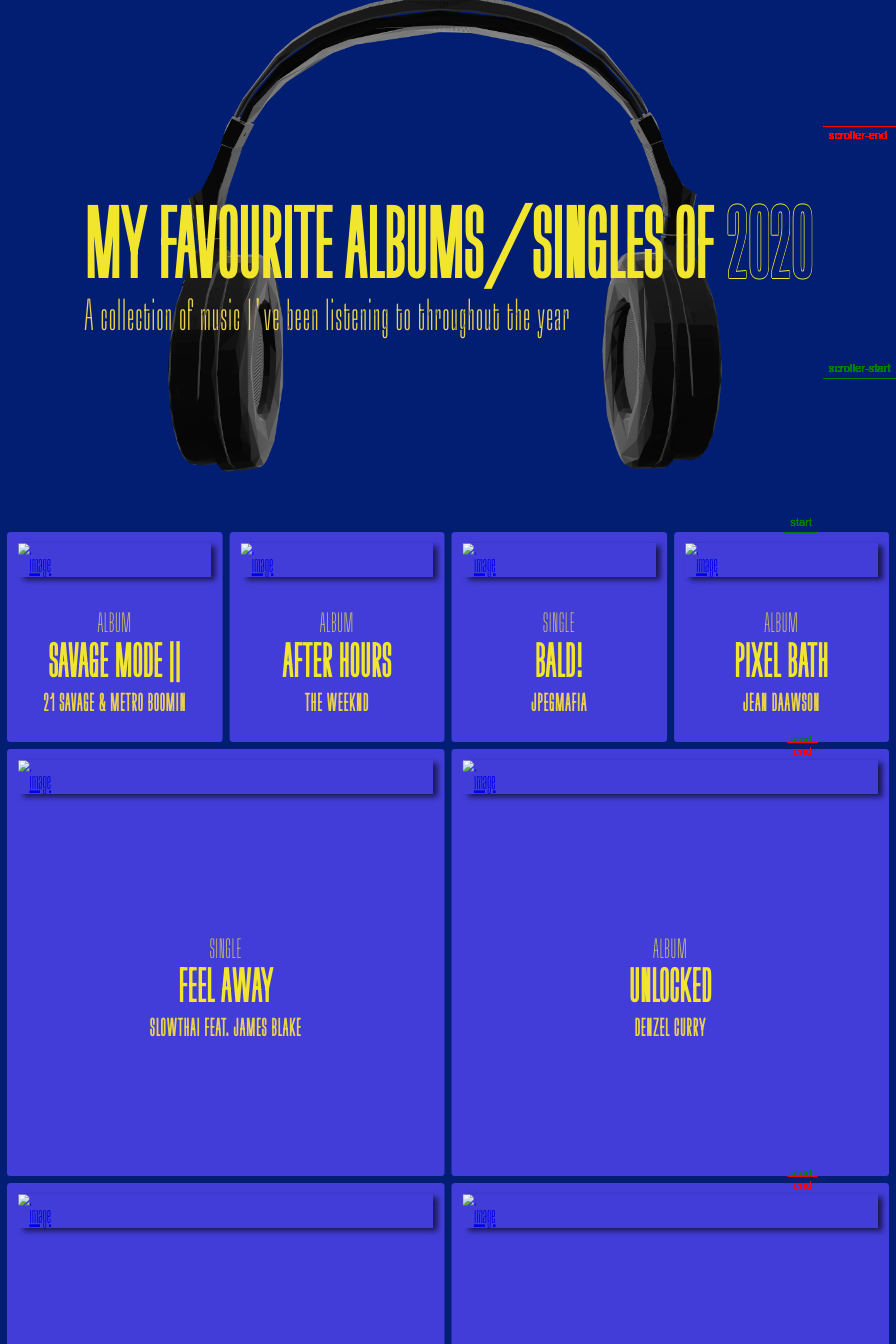
Repository: Spreceriany/musicly2020
Page: /
The author's editor kept a copy of each file at every save. The page is drawn from the files as they stood at one save, then again after the next save.
The browser window is 1280 px wide. The pictures show the part of the page from y = 0 to 1920 px (the page is 6056 px tall), at 70% of full size.
Backgrounds fixed to the window are drawn as part of the page. Some web libraries are served in a nearby version. The project was rebuilt for these pictures with package versions that can differ from the ones it lists, and the page was loaded fresh each time.

Above is the page before, as saved 2021-01-18 15:41:12.
Console error: ReferenceError: Blazy is not defined

After the next save:
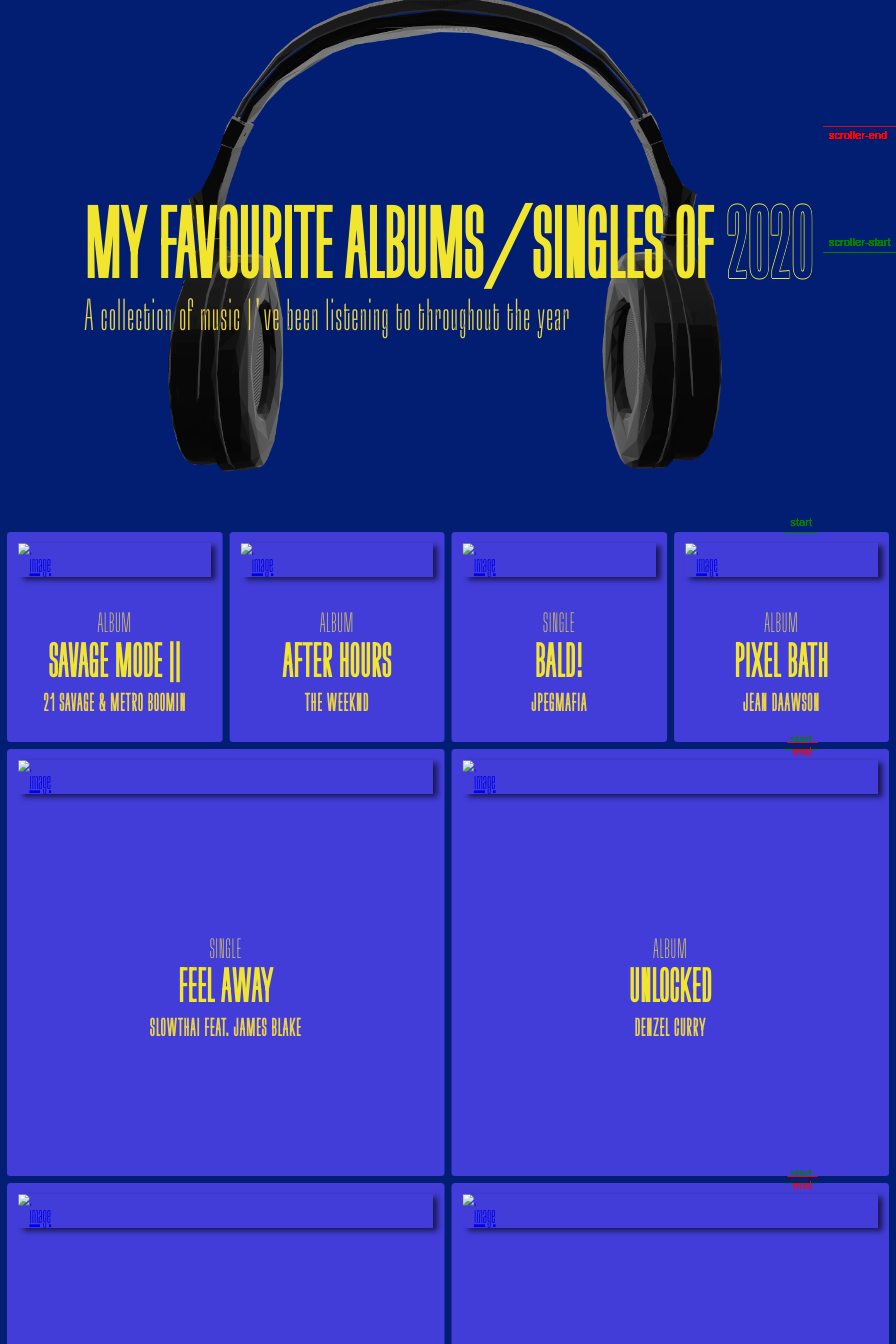
Saved 2 min 44 s later.
--- a/js/main.js
+++ b/js/main.js
@@ -2,7 +2,7 @@
 gsap.registerPlugin(ScrollTrigger);
 
 ScrollTrigger.batch(".grid-item", {
-  start: "top 75%",
+  start: "top 50%",
   end:"bottom 25%",
   markers:true,
   onEnter: (batch) =>
